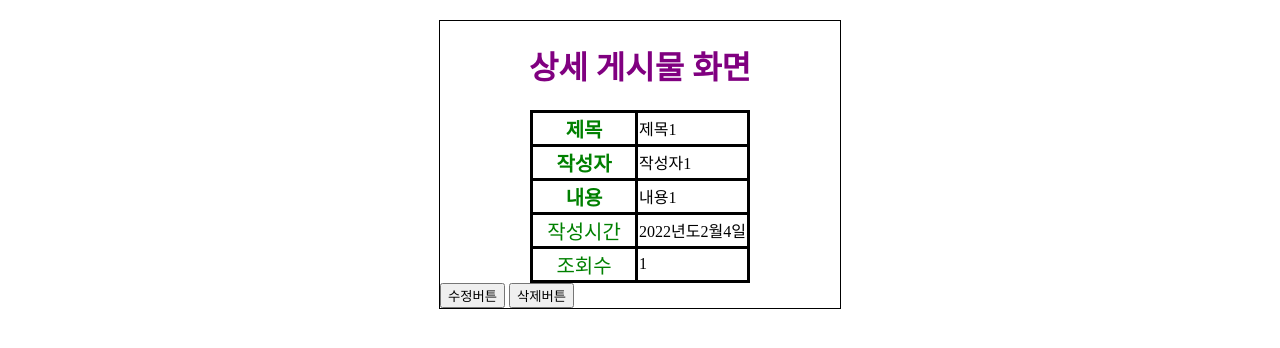
Repository: Kray273/JSLab
Page: css/src/main/webapp/Day97/boardcontents.html
An editor plug-in stored every save of this project. The page is shown before and after the next save, followed by the edit.
The browser window is 1280 px wide. The pictures show the whole page.

Above is the page before, as saved 2022-11-25 09:57:24.

After the next save:
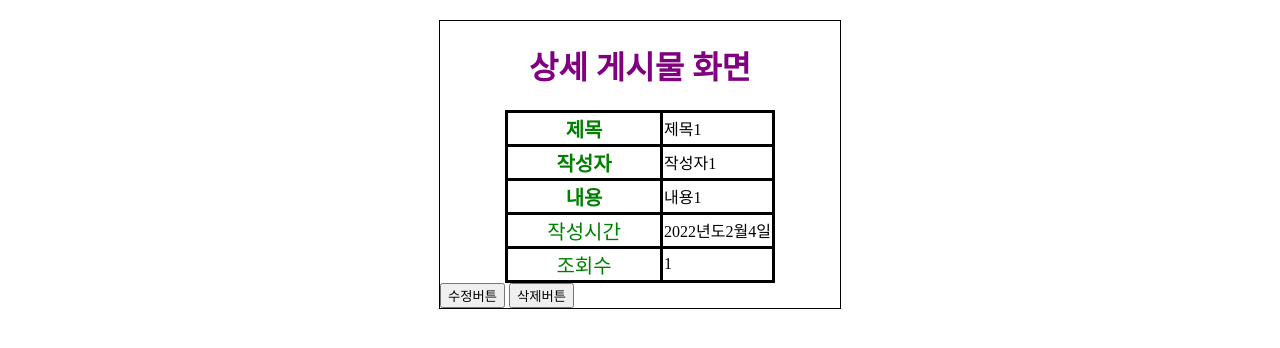
Saved 8 s later.
--- a/css/src/main/webapp/Day97/boardcontents.html
+++ b/css/src/main/webapp/Day97/boardcontents.html
@@ -25,7 +25,7 @@
 		color: green;
 		text-align: center;
 		font-size: 20px;
-		width: 100px;
+		width: 150px;
 	}
 
 </style>
